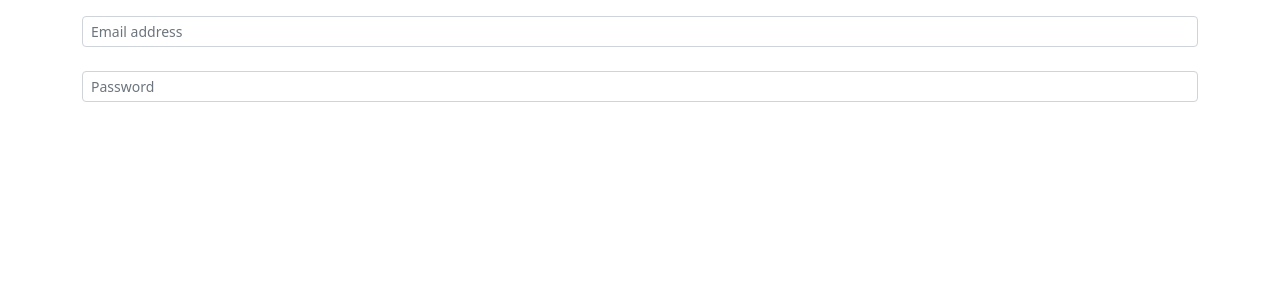
Repository: NPhanA/React2022
Page: / (app in Day 03-React/exercise/)
These files come from the project's save history. The page is drawn as it stood at one moment and after the next save; the edit follows.
The browser window is 1280 px wide. The pictures show the whole page.
The project was rebuilt for these pictures with package versions that can differ from the ones it lists, and the page was loaded fresh each time. Also part of the build but not shown: Day 03-React/exercise/src/App.css, Day 03-React/exercise/src/App.js, Day 03-React/exercise/src/Components/UserAgent.js, Day 03-React/exercise/src/Components/ProfileCard.js.

Above is the page before, as saved 2022-07-26 17:20:21.

After the next save:
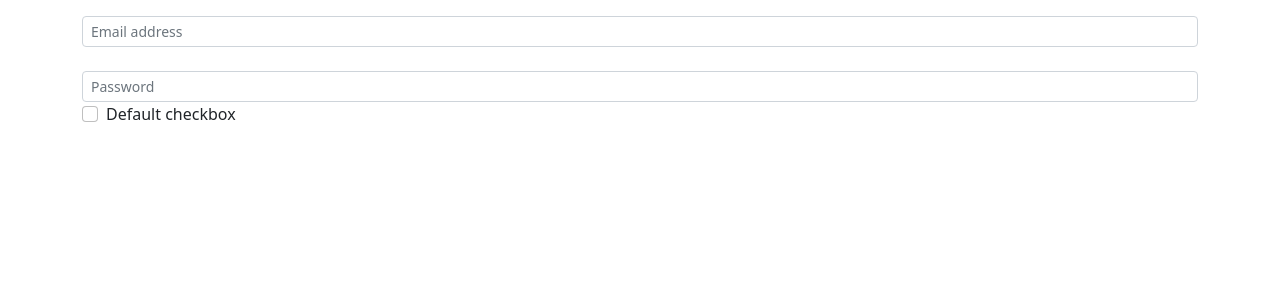
Saved 83 s later.
--- a/Day 03-React/exercise/src/Components/SignInForm.js
+++ b/Day 03-React/exercise/src/Components/SignInForm.js
@@ -9,7 +9,12 @@ function SignInForm() {
                 </div>
                 </form>
                 <form className="form-inline">
-
+                <div class="form-check">
+                <input className="form-check-input" type="checkbox" value="" id="flexCheckDefault"></input>
+                    <label class="form-check-label" for="flexCheckDefault">
+                     Default checkbox
+                </label>
+</div>
                 </form>
             </div>
         </div>
